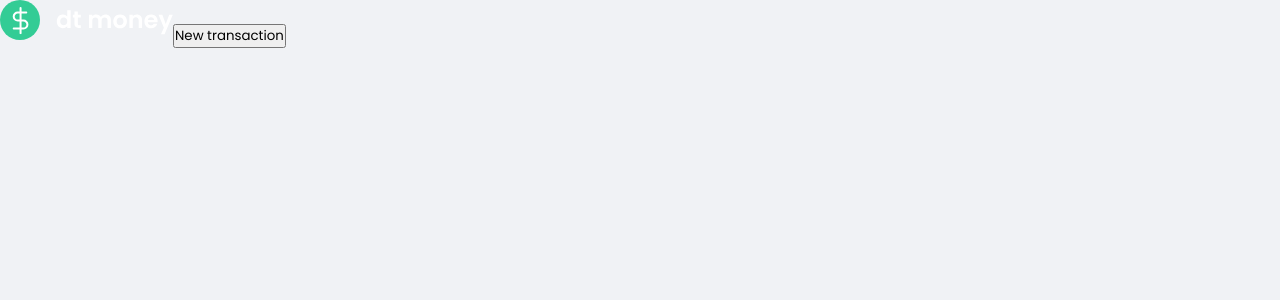
Repository: JoseGu1llardi/dtmoney
Page: /
These files come from the project's save history. The page is drawn as it stood at one moment and after the next save; the edit follows.
The browser window is 1280 px wide. The pictures show the whole page.
The project was rebuilt for these pictures with package versions that can differ from the ones it lists, and the page was loaded fresh each time.

Above is the page before, as saved 2022-12-30 11:39:22.

After the next save:
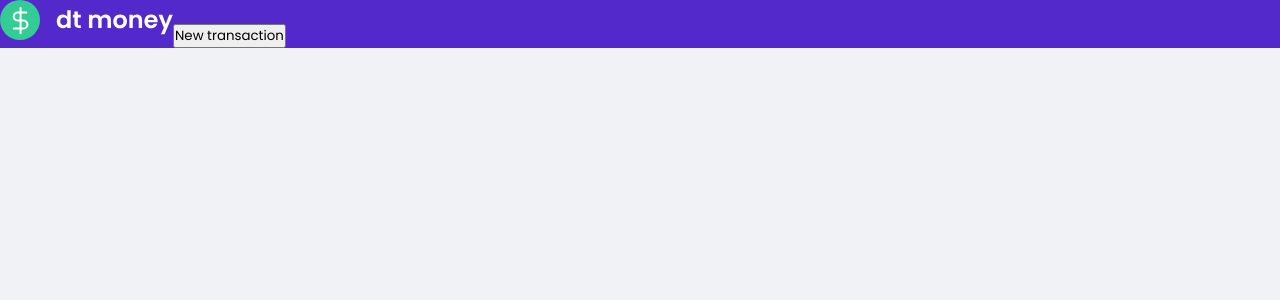
Saved 12 s later.
--- a/src/components/Header/index.tsx
+++ b/src/components/Header/index.tsx
@@ -1,12 +1,13 @@
 import logoImg from '../../assets/logo.svg'
+import { Container } from './styles'
 
 export function Header() {
     return (
-        <header>
+        <Container>
             <img src={logoImg} alt="Logo Guillardi Money" />
             <button>
                 New transaction
             </button>
-        </header>
+        </Container>
     )
 }
